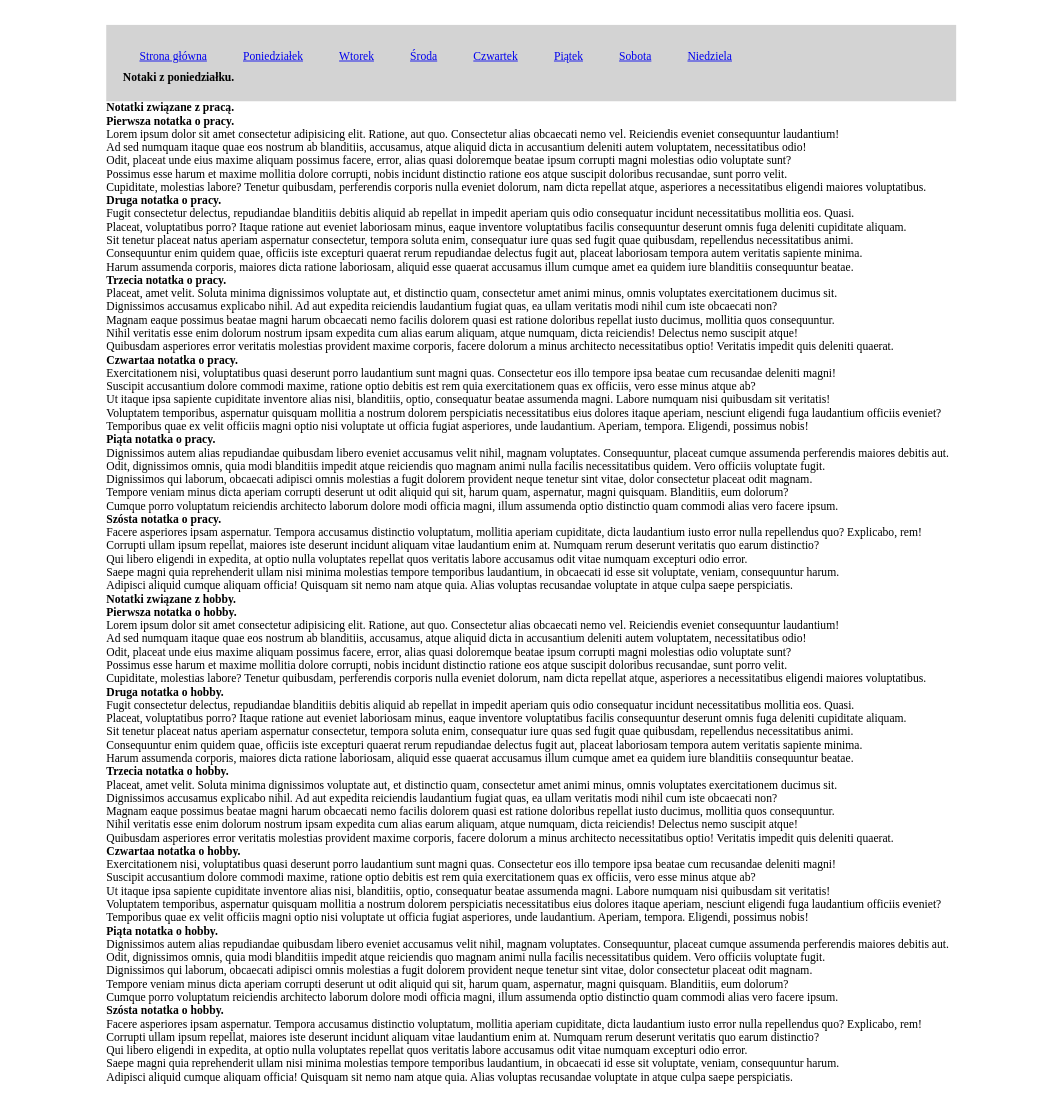
Repository: ArturNatwora/hompage
Page: days/1.html
The author's editor kept a copy of each file at every save. The page is drawn from the files as they stood at one save, then again after the next save.
The browser window is 1280 px wide. The pictures show the whole page, at 83% of full size.

Above is the page before, as saved 2019-06-11 17:56:50.

After the next save:
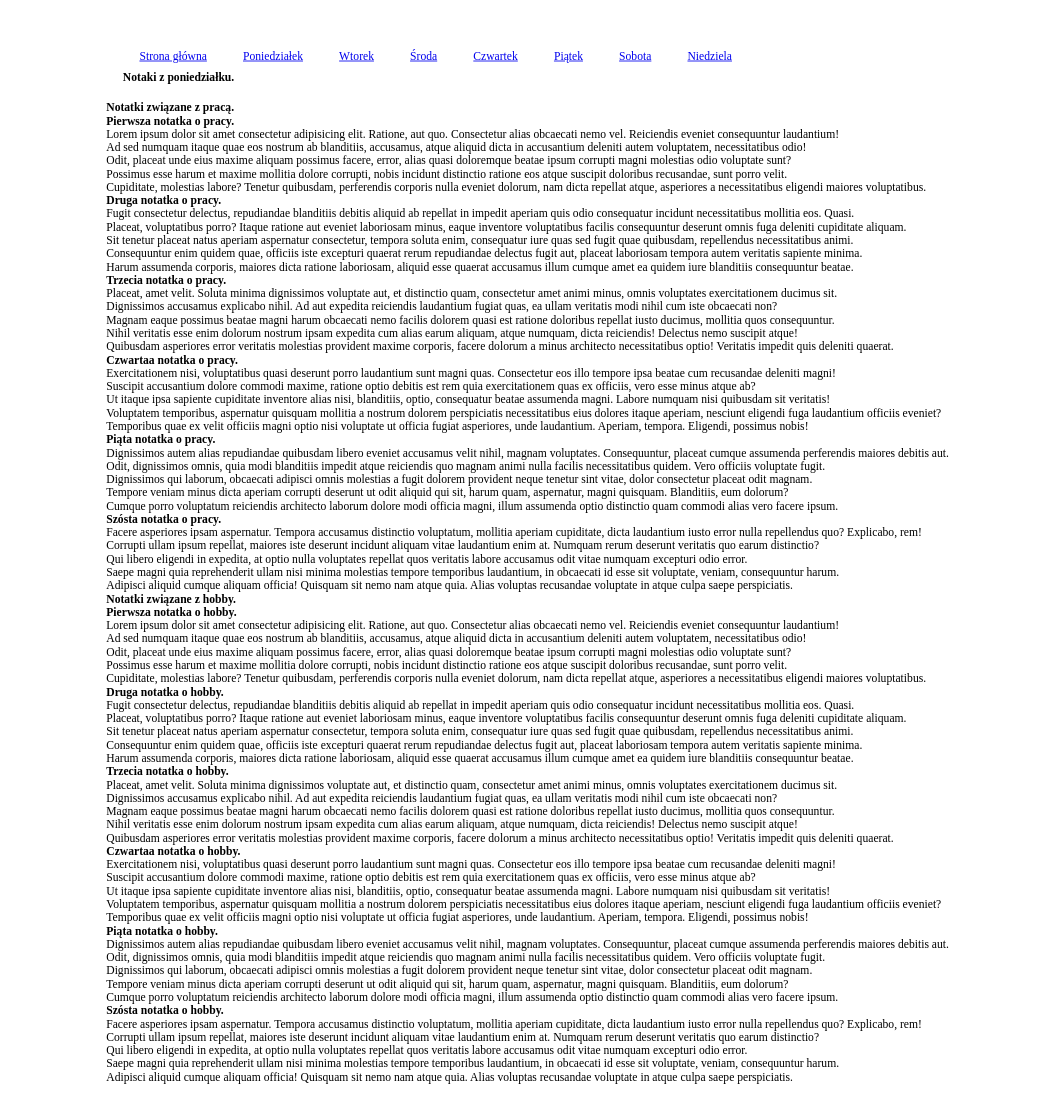
Saved 3 min 27 s later.
--- a/index.css
+++ b/index.css
@@ -15,8 +15,14 @@ body{
 .bodyHeader {
     width: 100%;
     padding: 20px;
+
+
+}
+.bodyHeader_nav{
     background: lightgrey;
-
+    width: 100%;
+    height: auto;
+    position: fixed;
 }
 .bodyHeader__navListLink {
     width: 100%;
